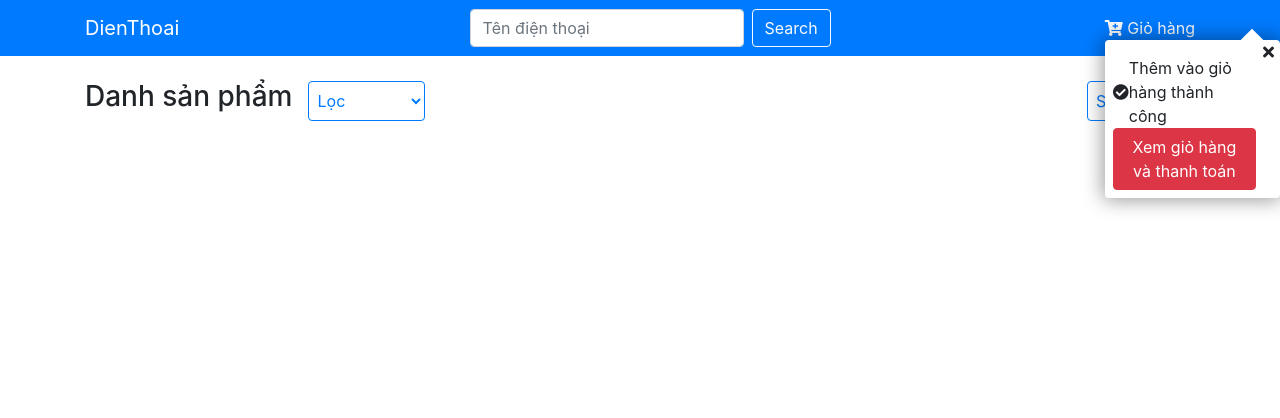
Repository: dovanthao2404/BC14_Bai_Tap_Ban_Dien_Thoai_dovanthao
Page: app/views/index.html
These files come from the project's save history. The page is drawn as it stood at one moment and after the next save; the edit follows.
The browser window is 1280 px wide. The pictures show the whole page.
Some web libraries are served in a nearby version. The style sheet was rebuilt from its Sass, Less or Tailwind sources for each picture, by a compiler version that may differ from the author's.

Above is the page before, as saved 2021-08-14 16:17:24.
Console error (its wording comes from the project's code and is left out).

After the next save:
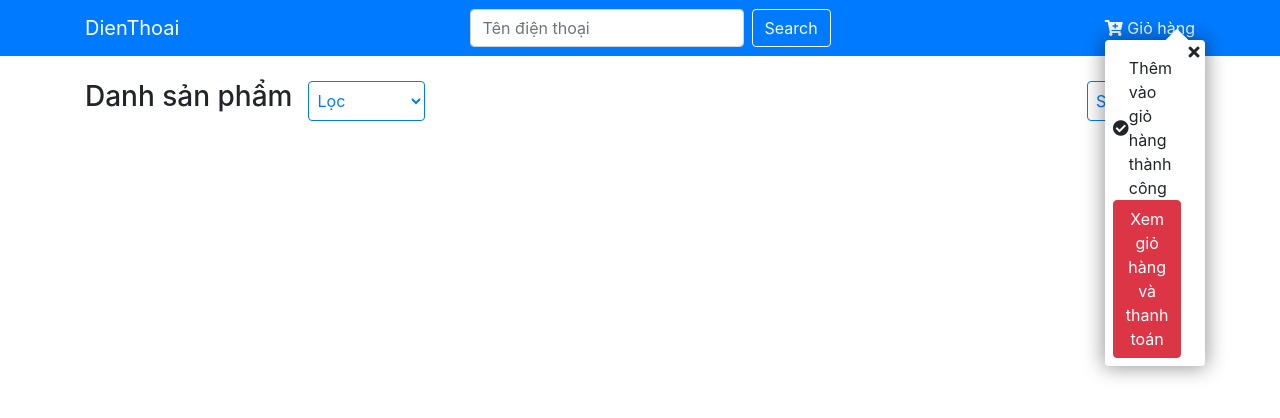
Saved 43 s later.
--- a/assets/scss/main.scss
+++ b/assets/scss/main.scss
@@ -19,6 +19,9 @@
     background-color: white;
     color: #000;
   }
+}
+.phone-cart {
+  position: relative;
 }
 .notifiSuccess {
   position: absolute;
